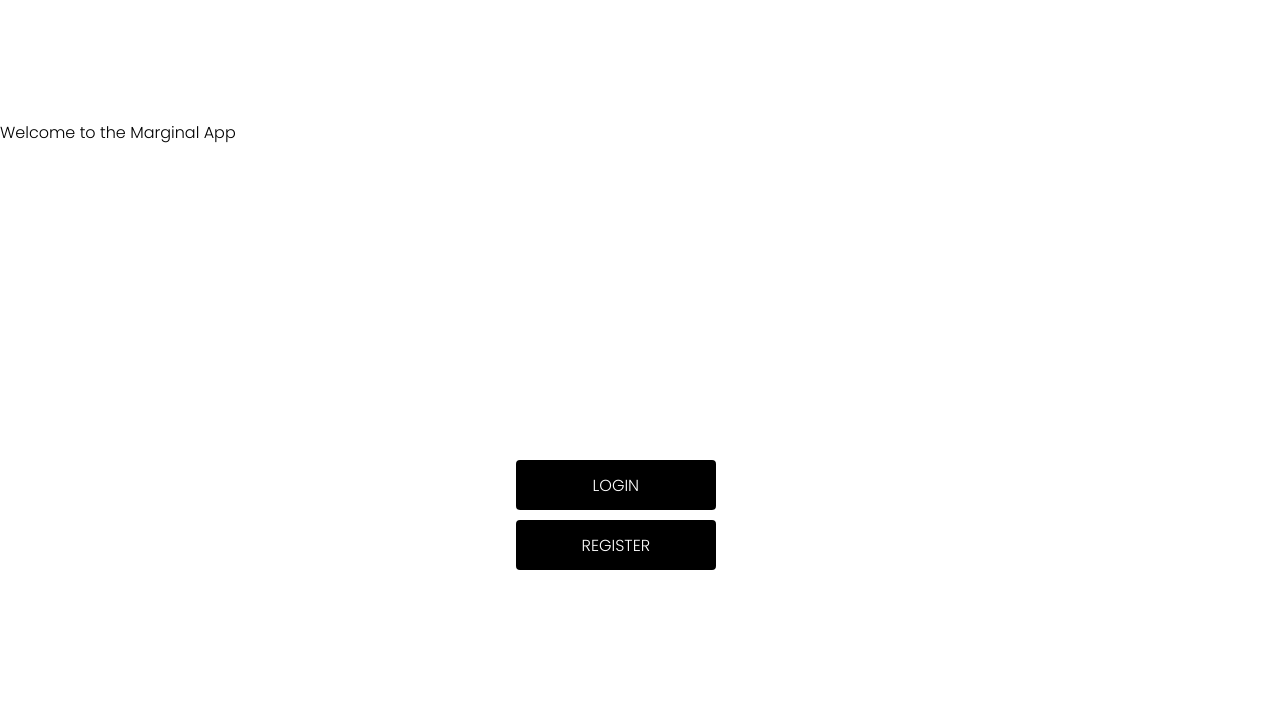
Repository: vu9ar/vu9ar.github.io
Page: WelcomePage/welcome.html
The author's editor kept a copy of each file at every save. The page is drawn from the files as they stood at one save, then again after the next save.
The browser window is 1280 px wide. The pictures show the whole page.

Above is the page before, as saved 2022-03-27 19:32:32.

### WelcomePage/welcome.html
<!DOCTYPE html>
<html>

<head>
    <meta charset="UTF-8">
    <link rel="stylesheet" href="style.css">
    <link rel="preconnect" href="https://fonts.gstatic.com" crossorigin>
    <link href="https://fonts.googleapis.com/css2?family=Poppins:wght@300&display=swap" rel="stylesheet">
    <link href="https://fonts.googleapis.com/css2?family=Poppins:wght@600&display=swap" rel="stylesheet">
    <meta name="viewport" content="width-device-width, initial-scale=1.0">
    <title>TMHL</title>
</head>


<body>

    <div class="intro">
        <h1 class="logo-header">
            <span class="Logo">Mar</span> <span class="Logo">ginal</span>
        </h1>
    </div>

    <form action="../loginRegister/loginForVerified.html">
        <button class="button">LOGIN</button>
    </form>

    <form action="/loginRegister/guestToVerifiedRegister.html">
        <button class="button">REGISTER</button>
    </form>

    <header class="headerWelcome">Welcome to the Marginal App</header>
    <script src="app.js"></script>

</body>


</html>

### WelcomePage/style.css
* {
    margin: 0;
    padding: 0;
    box-sizing: border-box;
    font-family: 'Poppins', sans-serif;
}


/* Splash */

.intro {
    position: fixed;
    z-index: 1;
    left: 0;
    right: 0;
    width: 100%;
    height: 100vh;
    background-color: #161616;
    transition: 1s;
}

.logo-header {
    position: absolute;
    top: 40%;
    left: 50%;
    transform: translate(-50%, -50%);
    color: #ffffff;
}

.Logo {
    position: relative;
    display: inline-block;
    /*left: 0;*/
    bottom: -20px;
    opacity: 0;
}

.Logo.active {
    bottom: 0;
    opacity: 1;
    transition: ease-in-out 0.5s;
}

.Logo.fade {
    bottom: 150px;
    opacity: 0;
    transition: ease-in-out 0.5;
}

.button {
    width: 200px;
    height: 50px;
    left: 40.3%;
    top: 450px;
    margin-top: 10px;
    bottom: 50%;
    border: none;
    color: white;
    border-radius: 4px;
    transition: ease-out 0.3s;
    font-size: 1rem;
    outline: none;
    border: 3px solid black;
    position: relative;
    z-index: 1;
    background-color: black;
}

.button:hover {
    color: #ffffff;
    cursor: pointer;
}

.button:before {
    transition: 0.5s all ease;
    position: absolute;
    top: 0;
    left: 50%;
    right: 50%;
    bottom: 0;
    opacity: 0;
    content: "";
    background-color: #42BFB2;
}

.button:hover:before {
    transition: 0.5s all ease;
    left: 0;
    right: 0;
    opacity: 1;
    z-index: -1;
}

### WelcomePage/app.js
let intro = document.querySelector('.intro');
let logo = document.querySelector('.logo-header');
let logoSpan = document.querySelectorAll('.Logo');
let button = document.querySelectorAll('.button');

window.addEventListener('DOMContentLoaded', () => {

    setTimeout(() => {

        logoSpan.forEach((span, idx) => {
            setTimeout(() => {
                span.classList.add('active');
            }, (idx + 1) * 400);
        });

        setTimeout(() => {
            logoSpan.forEach((span, idx) => {

                setTimeout(() => {
                    span.classList.remove('active');
                    span.classList.add('fade');
                }, (idx + 1) * 50);
            })
        }, 2000);


        setTimeout(() => {
            intro.style.top = '-100vh';
        }, 2300);

    });
});

After the next save:
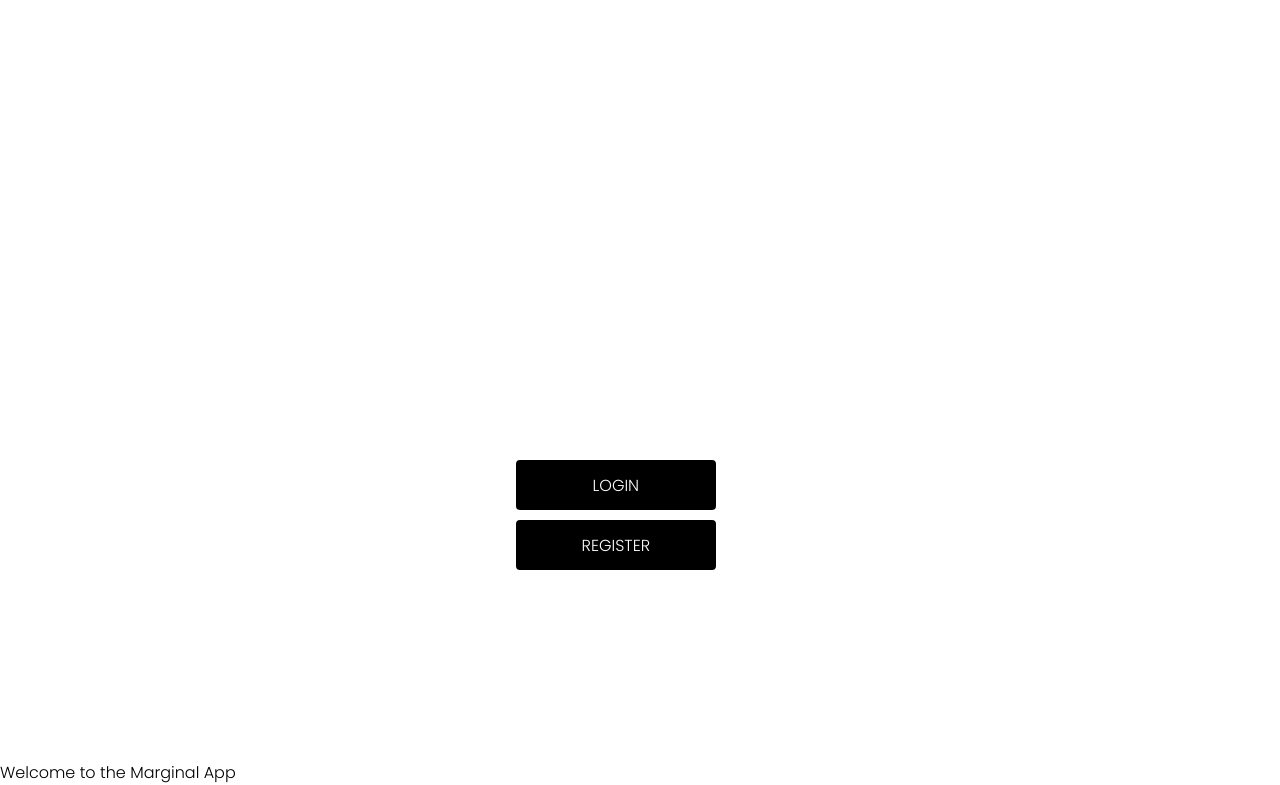
Saved 42 s later.
--- a/WelcomePage/style.css
+++ b/WelcomePage/style.css
@@ -90,3 +90,7 @@
     opacity: 1;
     z-index: -1;
 }
+
+.headerWelcome {
+    margin-top: 50%;
+}
